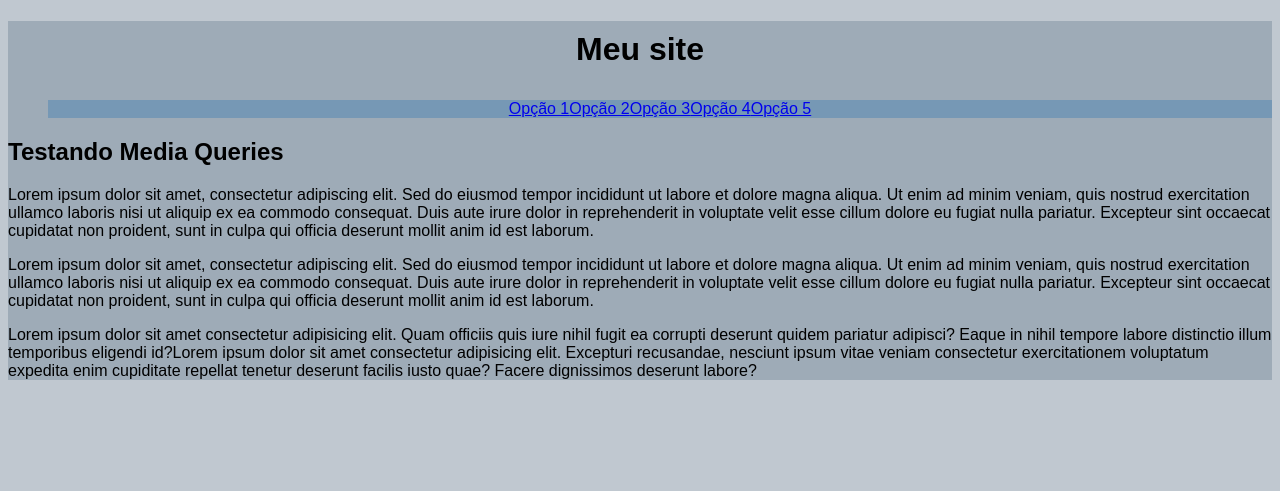
Repository: Sandro1969-tech/menu-hamburger
Page: index.html
These files come from the project's save history. The page is drawn as it stood at one moment and after the next save; the edit follows.
The browser window is 1280 px wide. The pictures show the whole page.

Above is the page before, as saved 2025-12-25 18:04:24.

After the next save:
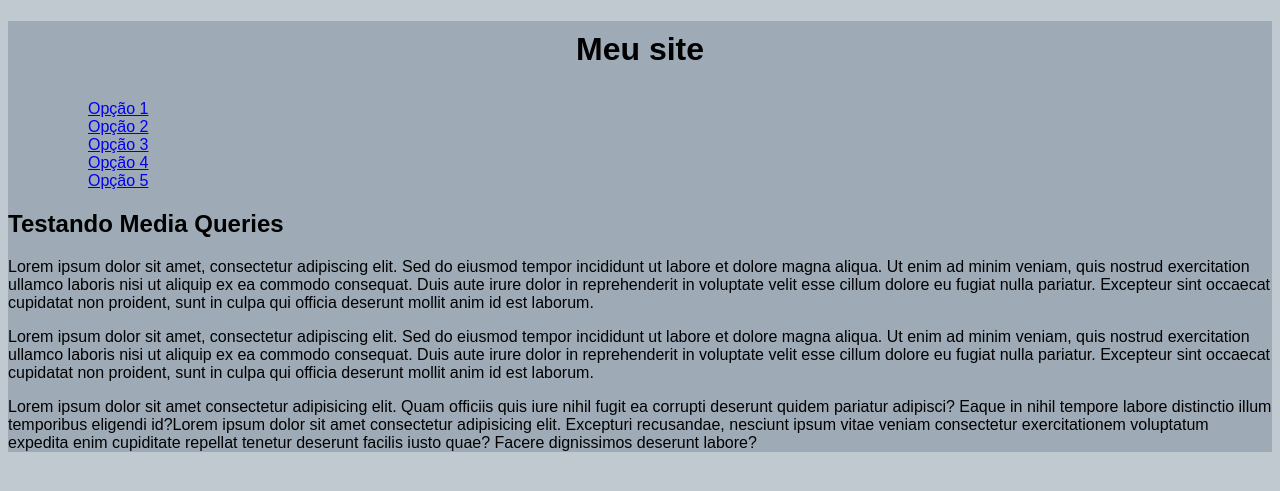
Saved 8 s later.
--- a/style.css
+++ b/style.css
@@ -23,9 +23,4 @@ menu {
 }
 menu > ul {
     list-style-type: none;
-    padding: 0;
-    margin: 0;
-    display: flex;
-    justify-content: center;
-    background-color: rgba(70, 130, 180, 0.459);
 }
